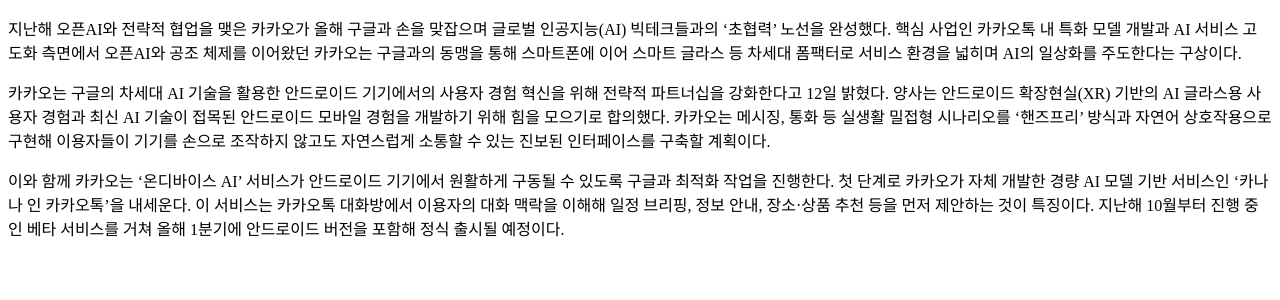
Repository: HongTaeHun337/HTML-CSS-JavaScript-
Page: html/HtmlTest/src/main/webapp/ex07_p.html
An editor plug-in stored every save of this project. The page is shown before and after the next save, followed by the edit.
The browser window is 1280 px wide. The pictures show the whole page.

Above is the page before, as saved 2026-02-13 00:12:21.

After the next save:
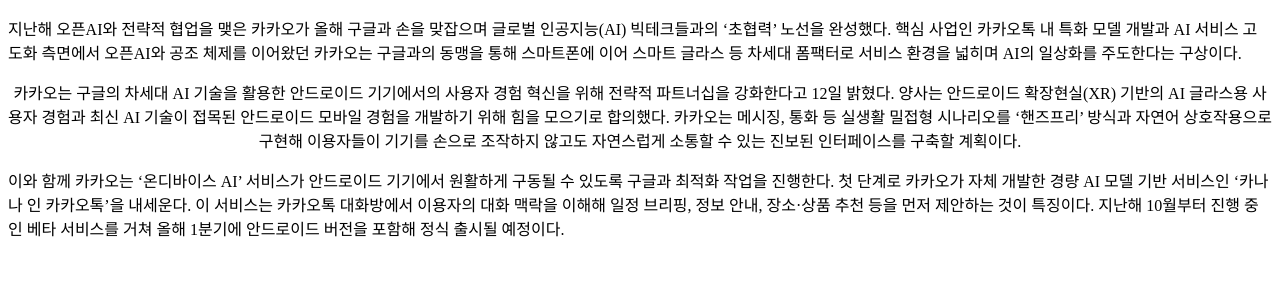
Saved 37 s later.
--- a/html/HtmlTest/src/main/webapp/ex07_p.html
+++ b/html/HtmlTest/src/main/webapp/ex07_p.html
@@ -13,6 +13,8 @@
 		- 텍스트 집합
 		- 쌍태그, 혼합형
 
+		<p align="center">
+
 		<font>
 		- 텍스트 서식
 		- 쌍태그, 혼합형
@@ -21,7 +23,7 @@
 
 <p>지난해 오픈AI와 전략적 협업을 맺은 카카오가 올해 구글과 손을 맞잡으며 글로벌 인공지능(AI) 빅테크들과의 ‘초협력’ 노선을 완성했다. 핵심 사업인 카카오톡 내 특화 모델 개발과 AI 서비스 고도화 측면에서 오픈AI와 공조 체제를 이어왔던 카카오는 구글과의 동맹을 통해 스마트폰에 이어 스마트 글라스 등 차세대 폼팩터로 서비스 환경을 넓히며 AI의 일상화를 주도한다는 구상이다.</p>
 
-<p>카카오는 구글의 차세대 AI 기술을 활용한 안드로이드 기기에서의 사용자 경험 혁신을 위해 전략적 파트너십을 강화한다고 12일 밝혔다. 양사는 안드로이드 확장현실(XR) 기반의 AI 글라스용 사용자 경험과 최신 AI 기술이 접목된 안드로이드 모바일 경험을 개발하기 위해 힘을 모으기로 합의했다. 카카오는 메시징, 통화 등 실생활 밀접형 시나리오를 ‘핸즈프리’ 방식과 자연어 상호작용으로 구현해 이용자들이 기기를 손으로 조작하지 않고도 자연스럽게 소통할 수 있는 진보된 인터페이스를 구축할 계획이다.</p>
+<p align="center">카카오는 구글의 차세대 AI 기술을 활용한 안드로이드 기기에서의 사용자 경험 혁신을 위해 전략적 파트너십을 강화한다고 12일 밝혔다. 양사는 안드로이드 확장현실(XR) 기반의 AI 글라스용 사용자 경험과 최신 AI 기술이 접목된 안드로이드 모바일 경험을 개발하기 위해 힘을 모으기로 합의했다. 카카오는 메시징, 통화 등 실생활 밀접형 시나리오를 ‘핸즈프리’ 방식과 자연어 상호작용으로 구현해 이용자들이 기기를 손으로 조작하지 않고도 자연스럽게 소통할 수 있는 진보된 인터페이스를 구축할 계획이다.</p>
 
 <p>이와 함께 카카오는 ‘온디바이스 AI’ 서비스가 안드로이드 기기에서 원활하게 구동될 수 있도록 구글과 최적화 작업을 진행한다. 첫 단계로 카카오가 자체 개발한 경량 AI 모델 기반 서비스인 ‘카나나 인 카카오톡’을 내세운다. 이 서비스는 카카오톡 대화방에서 이용자의 대화 맥락을 이해해 일정 브리핑, 정보 안내, 장소·상품 추천 등을 먼저 제안하는 것이 특징이다. 지난해 10월부터 진행 중인 베타 서비스를 거쳐 올해 1분기에 안드로이드 버전을 포함해 정식 출시될 예정이다.</p>
 
